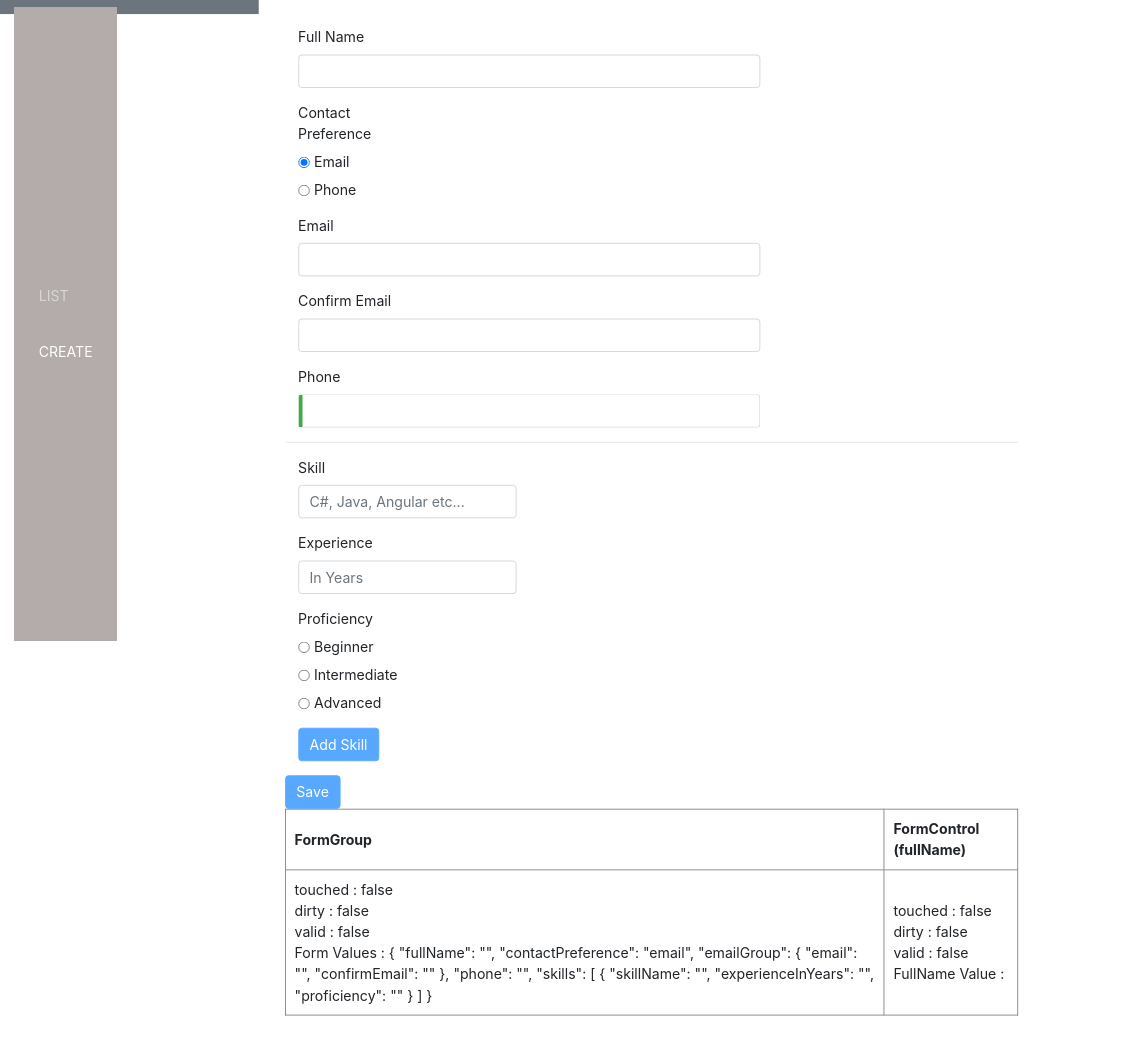
Repository: hanumanthnbalu/NG_FORMS
Page: /create-employees
An editor plug-in stored every save of this project. The page is shown before and after the next save, followed by the edit.
The browser window is 1280 px wide. The pictures show the whole page, at 88% of full size.
The project was rebuilt for these pictures with package versions that can differ from the ones it lists, and the page was loaded fresh each time. Also part of the build but not shown: angular.json, src/app/not-found/not-found.component.ts, src/app/forms/list-employee/list-employee.component.ts.

Above is the page before, as saved 2019-09-25 22:06:32.

After the next save:
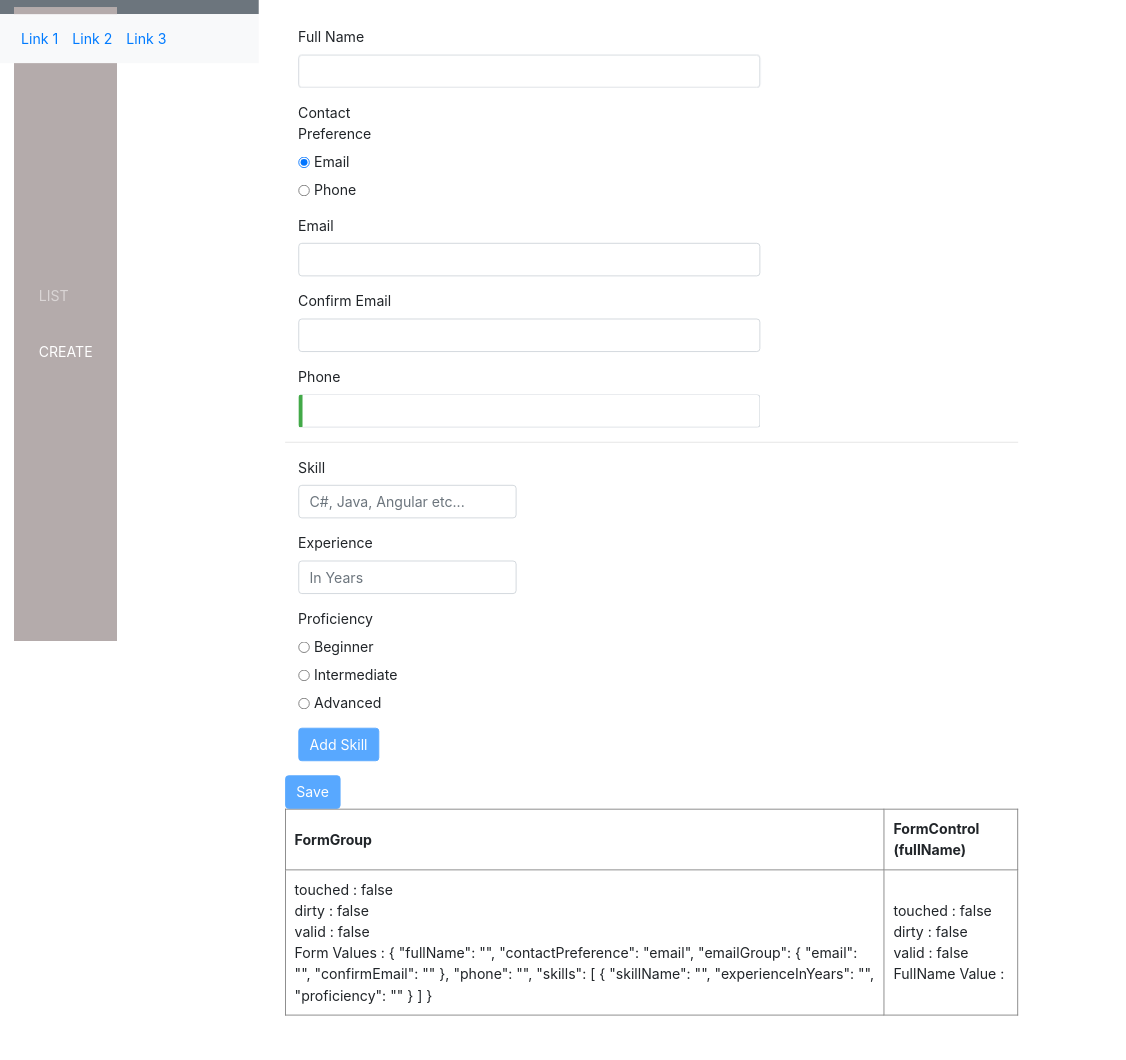
Saved 80 s later.
--- a/src/app/header/header.component.html
+++ b/src/app/header/header.component.html
@@ -10,3 +10,19 @@
     </ul>
   </div>
 </nav>
+<nav class="navbar navbar-expand-sm bg-light">
+
+  <!-- Links -->
+  <ul class="navbar-nav">
+    <li class="nav-item">
+      <a class="nav-link" href="#">Link 1</a>
+    </li>
+    <li class="nav-item">
+      <a class="nav-link" href="#">Link 2</a>
+    </li>
+    <li class="nav-item">
+      <a class="nav-link" href="#">Link 3</a>
+    </li>
+  </ul>
+
+</nav>
